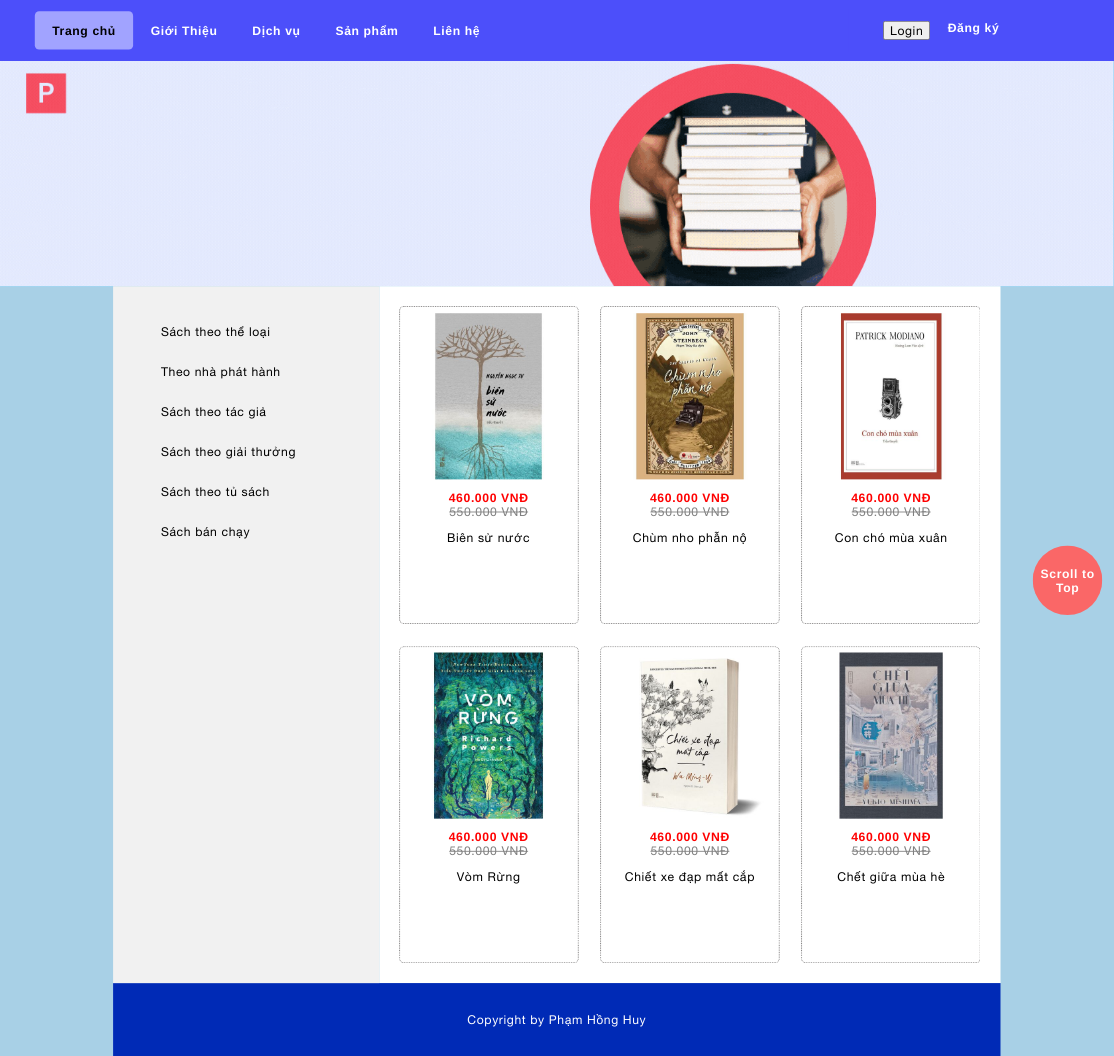
Repository: phamhonghuy/bookstore
Page: index.html
These files come from the project's save history. The page is drawn as it stood at one moment and after the next save; the edit follows.
The browser window is 1280 px wide. The pictures show the whole page, at 87% of full size.

Above is the page before, as saved 2021-10-15 21:42:51.

### index.html
<!DOCTYPE html>
<html lang="en">
<head>
    <meta charset="UTF-8">
    <title> Bookshop: Buy books online. Support local bookstores.</title>
    <link rel="stylesheet" href="css/style.css" type="text/css" />
    <link rel="shortcut icon" href="./image/Logo.png" />
    <script type="text/javascript" src="js/script.js"></script>
</head>


<div class="navbar">
  <ul>
    <li><a class="active" href="./index.html">Trang chủ</a></li>
    <li><a href="./about.html">Giới Thiệu</a>
          <ul >
            <li><a href="#">Chính sách</a></li>
            <li><a href="#">Mua hàng</a></li>
            <li><a href="#">Thanh toán</a>
            </li>
          </ul>
    </li>
    <li><a href="./services.html">Dịch vụ</a>
        <ul >
        <li><a href="#">Đọc Online</a></li>
        <li><a href="#">Tư liệu</a></li>
        </li>
        </ul>
    </li>
    <li><a href="./product.html">Sản phẩm</a>
        <ul >
        <li><a href="#">Sách trong nước</a></li>
        <li><a href="#">Sách nước ngoài</a></li>
        <li><a href="#">Sách số</a>
        </li>
        </ul>
    </li>
    <li><a href="./contact.html">Liên hệ</a></li>
  </ul>
  <div class ="login">
      <ul>
        <li><button onclick="document.getElementById('id01').style.display='block'">Login</button></li>
        <li><a href="./signup.html"> Đăng ký</a></li>
      </ul>
  </div>
</div>
  <div class="header">
    <h1></h1>

  </div>

  <div id="id01" class="modal">
    <span onclick="document.getElementById('id01').style.display='none'"
  class="close" title="Close Modal">&times;</span>

    <!-- Modal Content -->
    <form class="modal-content animate" action="/action_page.php">
      <div class="imgcontainer">
        <img src="img_avatar2.png" alt="Avatar" class="avatar">
      </div>

      <div class="container">
        <label for="uname"><b>Username</b></label>
        <input type="text" placeholder="Enter Username" name="uname" required>

        <label for="psw"><b>Password</b></label>
        <input type="password" placeholder="Enter Password" name="psw" required>

        <button type="submit">Login</button>
        <label>
          <input type="checkbox" checked="checked" name="remember"> Remember me
        </label>
      </div>

      <div class="container" style="background-color:#f1f1f1">
        <button type="button" onclick="document.getElementById('id01').style.display='none'" class="cancelbtn">Cancel</button>
        <span class="psw">Forgot <a href="#">password?</a></span>
      </div>
    </form>
  </div>
  <div class="row">

    <div class="side">
      <ul >
        <li><a href="#">Sách theo thể loại</a>
            <ul class="acer">
                <li><a href="#">Văn học</a></li>
                <li><a href="#">Kinh tế</a></li>
                <li><a href="#">Kỹ năng sống</a></li>
                </li>
            </ul>
        </li>
        <li><a href="#">Theo nhà phát hành</a>
            <ul class="dell">
                <li><a href="#">Phương Nam</a></li>
                <li><a href="#">NXB trẻ</a></li>
                <li><a href="#">Alpha Books</a></li>
            </ul>
        </li>
        <li><a href="#">Sách theo tác giả</a>
            <ul class="dell">
                <li><a href="#">Thích Nhất Hạnh</a></li>
                <li><a href="#">Phạm Công Luận</a></li>
                <li><a href="#">Tô Hoài</a></li>
            </ul>
        </li>
        <li><a href="#">Sách theo giải thưởng</a>
            <ul class="dell">
                <li><a href="#">Ưu thích</a></li>
                <li><a href="#">Nobel</a></li>
                <li><a href="#">Bầu chọn</a></li>
            </ul>
        </li>
        <li><a href="#">Sách theo tủ sách</a>
            <ul class="dell">
              <li><a href="#">Sách ưu đãi</a></li>
              <li><a href="#">Sống xanh</a></li>
              <li><a href="#">Top 100</a></li>
            </ul>
        </li>
        <li><a href="#">Sách bán chạy</a>
            <ul class="dell">
                <li><a href="#">Văn học</a></li>
                <li><a href="#">Thiếu nhi</a></li>
                <li><a href="#">Tuôi Teen</a></li>
            </ul>
        </li>
      </ul>
  </div>
  <div class="main">
    <div class="item">
     <a href="./item1.html"><img src="./image/book1.jpg" alt="item1"></a>
      <div class="block-gia">
        <div class="gia">
        <div class="gia-ban"><strong>460.000 VNĐ</strong></div>
        <div class="gia-cu"><del>550.000 VNĐ</del></div>

        </div>
      </div>
      <p>Biên sử nước</p>
      <form>
        <button name="buy_button" type="submit" onclick="alert('Đã thêm vào giỏ hàng.')" value="1">Mua Ngay</button>
      </form>
    </div>
    <div class="item">
     <a href="./item2.html"><img src="./image/book2.jpg" alt="item1"></a>
      <div class="block-gia">
        <div class="gia">
          <div class="gia-ban"><strong>460.000 VNĐ</strong></div>
          <div class="gia-cu"><del>550.000 VNĐ</del></div>
        </div>
      </div>
      <p>Chùm nho phẫn nộ</p>
      <form>
        <button name="buy_button" type="submit" onclick="alert('Đã thêm vào giỏ hàng.')" value="1">Mua Ngay</button>
      </form>
    </div>
    <div class="item">
     <a href="./item3.html"><img src="./image/book3.jpg" alt="item1"></a>
      <div class="block-gia">
        <div class="gia">
        <div class="gia-ban"><strong>460.000 VNĐ</strong></div>
        <div class="gia-cu"><del>550.000 VNĐ</del></div>

        </div>
      </div>
      <p>Con chó mùa xuân</p>
      <form>
        <button name="buy_button" type="submit" onclick="alert('Đã thêm vào giỏ hàng.')" value="1">Mua Ngay</button>
      </form>
    </div>
    <div class="item">
     <a href="./item4.html"><img src="./image/book4.jpg" alt="item1"></a>
      <div class="block-gia">
        <div class="gia">
        <div class="gia-ban"><strong>460.000 VNĐ</strong></div>
        <div class="gia-cu"><del>550.000 VNĐ</del></div>

        </div>
      </div>
      <p>Vòm Rừng</p>
      <form>
        <button name="buy_button" type="submit" onclick="alert('Đã thêm vào giỏ hàng.')" value="1">Mua Ngay</button>
      </form>
    </div>
    <div class="item">
     <a href="./item5.html"><img src="./image/book5.jpg" alt="item1"></a>
      <div class="block-gia">
        <div class="gia">
        <div class="gia-ban"><strong>460.000 VNĐ</strong></div>
        <div class="gia-cu"><del>550.000 VNĐ</del></div>

        </div>
      </div>
      <p>Chiết xe đạp mất cắp</p>
      <form>
        <button name="buy_button" type="submit" onclick="alert('Đã thêm vào giỏ hàng.')" value="1">Mua Ngay</button>
      </form>
    </div>
    <div class="item">
     <a href="./item6.html"> <img src="./image/book6.jpg" alt="item1"></a>
      <div class="block-gia">
        <div class="gia">
        <div class="gia-ban"><strong>460.000 VNĐ</strong></div>
        <div class="gia-cu"><del>550.000 VNĐ</del></div>

        </div>
      </div>
      <p>Chết giữa mùa hè</p>
      <form>
        <button name="buy_button" type="submit" onclick="alert('Đã thêm vào giỏ hàng.')" value="1">Mua Ngay</button>
      </form>
    </div>
    <button onclick='window.scrollTo({top: 0, behavior: "smooth"});' class="scrollTotop">Scroll to Top</button>

  </div>

  <div class="footer">
    <p>Copyright by Phạm Hồng Huy</p>
  </div>

</html>

### css/style.css
html {
  scroll-behavior: smooth;
}
* {
    box-sizing: border-box;
    font-family: Helvetica;
    letter-spacing: 0.7px;
    font-size: 14px;
  }
  @font-face {
    font-family:Helvetica;
    src: url(/font/helveticaneue.ttf);
}


body {
    font-family:inherit;
    margin: auto;
    font-size: 1em;
    min-width: 1200px;
    background-color: #A8D0E6;

  }

.header {
    text-align: center;
    height: 25vmax;
    background: #42c9ff;
    color: white;
    background-image: url(../image/Banner.gif);
    background-repeat: no-repeat;
    background-size:cover;
    min-width: 900px;
    width: 100%;
  }

.navbar {
    display: flex;
    background-color: rgb(76, 79, 250);
    position:fixed;
    top: 0;
    width: 100%;
    height: 70px;
    align-items: center;
    z-index: 5;
  }
.navbar .active {
    background-color: rgb(161, 163, 255);
    color:#000;
    border-radius: 5px;
  }
.navbar div.login {
    display: flex;
    background-color: rgb(76, 79, 250);
    position:fixed;
    width: 300px;
    align-items: center;
    float: right;
    right: 5px;
  }

.navbar ul li a {
    color: white;
    padding: 14px 20px;
    text-decoration: none;
    text-align: center;
    font-weight: bold

  }
.navbar ul li ul li a {
    color: white;
    text-decoration: none;
    text-align: center;

  }
.navbar ul {
  display: flex;
  list-style-type: none;
  }

.navbar ul li:hover> ul {
  display: flex;
  visibility: visible;
  position: absolute;
  z-index: 3;
  overflow: hidden;
  animation: menuNar_Hover 0.5s;
  }
  @keyframes menuNar_Hover {
    from {background-color: #cfdef6; opacity: 0%;height: 0px;}
    to {background-color: #8fa5ff; opacity: 100%; height:150px;}
  }
.navbar ul a:hover {
    background:#c0cdff;
    color: #000;
    border-radius: 5px;
    animation-name: Navbar_Hover;
    animation-duration: 1.5s;

  }

  @keyframes Navbar_Hover {
    from {background-color: rgb(76, 79, 250);}
    to {background-color: #c0cdff;}
  }
  .navbar ul a:active {
    background-color: #c0cdff;
    color: #000;
    border-radius: 5px;

  }


.navbar ul li ul {
  display: flex;
  visibility: hidden;
  position: absolute;
  background:#8fa5ff;
  color: white;
  display: flex;
  flex-direction: column;
  top:60px;
  border-radius: 5px;
  list-style-type: none;
  padding-inline-start: 0px;
  height: 150px;
  margin:-5px auto;
  }

.navbar ul li ul li{
  margin: 15px;
  border-radius: 5px;
  }


.row {
    display: flex;
    flex-wrap: wrap;
    /* width: 90vmax; */
    margin: 0 130px 0;
    min-width: 900px;
  }

.side {
    flex: 30%;
    background-color: #f1f1f1;
    padding: 20px 0;
    z-index: 2;

  }
.side ul {
  list-style-type:none;
  width: 253px;
  }
.side li {
  list-style-type:none;
  }
.side li:hover> ul {
  opacity: 1;
  visibility: visible;
  animation: menuSide_Hover 0.5s linear;
  width: 230px;

  }
.side li:hover {
  background-color: #8fa5ff;
  animation-name: Side_Hover;
  animation-duration: 1.5s;
}

@keyframes menuSide_Hover {
  from {background-color: #cfdef6; opacity: 0%;width: 150px; }
  50% {width: 200px !important;}
  to {background-color: #8fa5ff; opacity: 100%; width: 230px;}
}
@keyframes Side_Hover {
  from {background-color: #cfdef6; color:#000;}
  to {background-color: #8fa5ff; color: #fff;}
}


.side ul li {
    padding: 10px;
    border-radius: 5px;
  }

.side ul ul {
  list-style-type:none;
  opacity: 0;
  visibility: hidden;
  position: absolute;
  left: 378px;
  margin: -26px 0 0 5px;
  padding-inline-start: 0;
  border-radius: 5px;
  overflow: hidden;
  text-overflow: ellipsis;
  }
.side ul ul li {
  background-color: #8fa5ff;
  margin:0;
  overflow: hidden;
  text-overflow: ellipsis;
  border-radius: 0%;
  }
.side ul ul li a {
  color: rgb(255, 255, 255);
  margin: 0;
  overflow: hidden;
  text-overflow: ellipsis;
  }

.side a {
  color: black;
  padding: 5px;
  }
.side a:link {
  text-decoration: none;
  }

.side ul {
    padding: 10px auto;
  }
.side ul li {
    padding: 10px auto;
    margin: 10px auto;
  }

.main {
    flex: 70%;
    display: flex;
    flex-direction: row;
    background-color: white;
    padding: 10px;
    flex-wrap: wrap;
  }
div.main-services {
    width: 100%;
    display: flex;
    flex-direction: column;
    background-color: white;
    padding: 10px;
    flex-wrap:nowrap;
  }
div.main-product-container {
    width: 100%;
    display: flex;
    flex-direction: column;
    background-color: white;
    padding: 10px;
    flex-wrap:nowrap;
  }
div.main-product-container hr{
  border: 1px dotted rgb(0, 0, 0);
  width: 90%;
  }
div.product-container {
    width: 100%;
    display: flex;
    flex-direction: row;
    background-color: white;
    padding: 10px;
    flex-wrap:nowrap;
  }
div.main-product-container div.product-item {
  width: 100%;
  display: flex;
  flex-direction: row;
  background-color: white;
  padding: 0 50px;
  flex-wrap:nowrap;

  }
  div.main-product-container div.product-title {
    width: 35%;
    border-radius: 5px;
    margin-top: auto;
    margin-bottom: auto;
    margin-left: 30px;
    background-image: linear-gradient(to right, aqua,white);
  }
  div.main-product-container div.product-title p {
    font-size: 18px;
    padding-left: 20PX;
  }
div.main-services div.ebook {
    width: 100%;
    display: flex;
    flex-direction: row;
    background-color: white;
    padding: 0 100px;
    flex-wrap:nowrap;
  }
div.main-services div.ebook-title {
    width: 90%;
    display: flex;
    flex-direction: row;
    background-color: rgb(21, 76, 255);
    margin-left: auto;
    margin-right: auto;
    border-radius: 5px;
  }
div.main-services div.ebook-title p.ebook-title-text{
  color: white;
  margin: 14px;
  font-size: 18px;
  font-weight: bold;
  }
div.main-services div.literary-material-item {
    width: 100%;
    display: flex;
    flex-direction: row;
    background-color: white;
    padding: 0 100px;
    flex-wrap:nowrap;
  }
div.main-services div.literary-material-title {
  width: 90%;
  display: flex;
  flex-direction: row;
  background-color: rgb(21, 76, 255);
  margin-left: auto;
  margin-right: auto;
  border-radius: 5px;
  }
div.main-services div.literary-material-title p {
  color: white;
  margin: 14px;
  font-size: 18px;
  font-weight: bold;
  }
div.main-services div.literary-material img {
  width:70%;
  }
div.main-about {
    display: flex;
    flex-direction: row;
    background-color: white;
    padding: 30px;
    flex-wrap: wrap;

  }
div.main-about div.about span {
  margin-left:30px;
  text-align: justify;
  }
div.main-about div.about div.img-about {
  text-align: center;
  }
div.main-about div.about div.img-about img.img-about {
  width:80%;
  margin-left:40px;
  margin-right:40px;
  }
div.item {
    flex: 25%;
    border: 1px dotted rgb(93, 91, 91);
    border-radius: 5px;
    margin: 1vmax;
    padding:0.5vmax;
    text-align: center;
    font-size: 1em;
    display: block;
    position: relative;
  }
div.item-details {
    flex: 25%;
    /* border: 1px dotted rgb(93, 91, 91); */
    border-radius: 5px;
    margin: 1vmax;
    padding:0.5vmax;
    text-align: center;
    font-size: 1em;
    display: block;
    position: relative;
  }
div.item:hover {
  animation: Box-item-transform 0.5s;
  box-shadow: 5px 5px #808080;
  }
div.item-details:hover {
  animation: Box-item-details-transform 0.5s;
  }
  @keyframes Box-item-transform{
    from {  transform:scale(1);}
    50% {transform:scale(1.05);}
    to {  transform:scale(1);
      box-shadow: 5px 5px #808080 ; }

  }
  @keyframes Box-item-details-transform{
    from {  transform:scale(1);}
    50% {transform:scale(1.05);}
    to {  transform:scale(1);; }

  }
div.item:hover > form button {
  animation: Item_Hover 0.5s;
  visibility:visible;
  }
div.item-details:hover > form button {
  animation: Item_Hover 0.5s;
  visibility:visible;
  }
  @keyframes Item_Hover {
    from { color:#000; height: 0; transform: translateY(100%)}
    to { height: 70px;transform: translateY(0)}
  }

div.item form button  {
  height: 70px;
  width: 99%;
  background-color: rgb(245, 232, 190);
  visibility: hidden;
  color:#f00;
  font-size: large;
  font-weight: bold;
  border:none ;
  }
div.item-details form button  {
  height: 70px;
  width: 99%;
  background-color: rgb(245, 232, 190);
  visibility: hidden;
  color:#f00;
  font-size: large;
  font-weight: bold;
  border:none ;
  }

div.item img {
    width: 100%;
  }
div.item-details img {
    width: 100%;
  }
.block-gia {
  margin: 10px auto;
}
.gia-ban {
    color: #ff0000;
}
.gia-cu {
  font-size: 13px;
  color: #808080;
}


button.scrollTotop{
  position: fixed;
  right: 1vmax;
  bottom: 1vmax;
  height: 80px;
  width: 80px;
  border-radius: 50%;
  border:none;
  background-color: rgb(250, 103, 103);
  color:white;
  font-weight: bold;

}

div.details {
  width: 50%;
}
div.details p.book-name {
  text-align: center;
  font-size: large;
  font-weight: bold;
}
div.details p.book-author {
  text-align: center;
}
div.details div.book-description {
  height: 600px;
}
div.details p.book-description {
  text-indent: 30px;
  text-align: justify;
  margin-right: 20px;
}

div.star {
width: 100%;
height: 15px;
display: flex;
justify-content: center;

}

.ratingStar {
  width: 15px;
  height: 15px;
  float: left;
  background-repeat: no-repeat;
  background-image: url(../image/star.png);
  font-size: 0;
  background-size: 15px;
}
.more-item {
  flex: 70%;
  display: flex;
  flex-direction: row;
  background-color: white;
  padding: 10px;
  flex-wrap: wrap;
}
#more-item {
  width:100% ;
  font-weight: bold;
}
div.main button.scrollTotop:hover {
animation:scrolltotop 1s ;
transition: width 0.5ss;
animation-direction: reverse;
}
@-webkit-keyframes scrolltotop {
  from{ background :rgb(250, 103, 103); }
  to  {background :rgb(95, 175, 250);  box-shadow: 5px 5px #808080;}
}
.footer {
  color: white;
    padding: 20px;
    text-align: center;
    background: rgb(0, 42, 182);
    width: 100%;
}

  @media screen and (max-width: 700px) {
    .row, .navbar {
      flex-direction: column;
    }
  }
  .modal {
    display: none; /* Hidden by default */
    position: fixed; /* Stay in place */
    z-index: 1; /* Sit on top */
    left: 0;
    top: 0;
    width: 100%; /* Full width */
    height: 100%; /* Full height */
    overflow: auto; /* Enable scroll if needed */
    background-color: rgb(0,0,0); /* Fallback color */
    background-color: rgba(0,0,0,0.4); /* Black w/ opacity */
    padding-top: 60px;
  }

  /* Modal Content/Box */
  .modal-content {
    background-color: #fefefe;
    margin: 5px auto; /* 15% from the top and centered */
    border: 1px solid #888;
    width: 80%; /* Could be more or less, depending on screen size */
  }

  /* The Close Button */
  .close {
    /* Position it in the top right corner outside of the modal */
    position: absolute;
    right: 25px;
    top: 0;
    color: #000;
    font-size: 35px;
    font-weight: bold;
  }

  /* Close button on hover */
  .close:hover,
  .close:focus {
    color: red;
    cursor: pointer;
  }

  /* Add Zoom Animation */
  .animate {
    -webkit-animation: animatezoom 0.6s;
    animation: animatezoom 0.6s
  }

  @-webkit-keyframes animatezoom {
    from {-webkit-transform: scale(0)}
    to {-webkit-transform: scale(1)}
  }

  @keyframes animatezoom {
    from {transform: scale(0)}
    to {transform: scale(1)}
  }

### JS/script.js

// Get the modal
var modal = document.getElementById('id01');

// When the user clicks anywhere outside of the modal, close it
window.onclick = function(event) {
  if (event.target == modal) {
    modal.style.display = "none";
  }
}

After the next save:
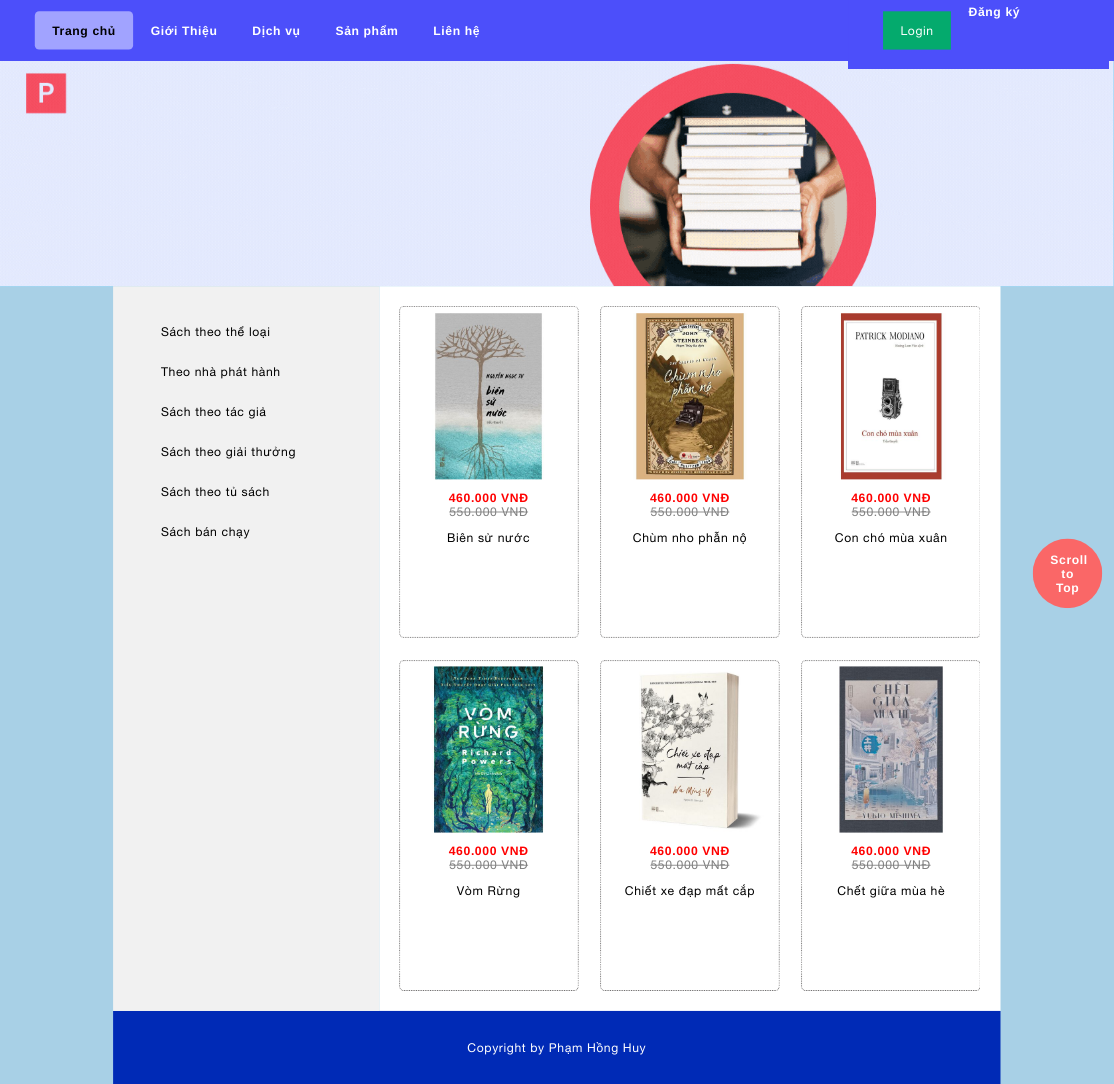
Saved 29 min 5 s later.
--- a/css/style.css
+++ b/css/style.css
@@ -531,6 +531,59 @@ animation-direction: reverse;
       flex-direction: column;
     }
   }
+  /* Full-width input fields */
+input[type=text], input[type=password] {
+  width: 100%;
+  padding: 12px 20px;
+  margin: 8px 0;
+  display: inline-block;
+  border: 1px solid #ccc;
+  box-sizing: border-box;
+}
+
+/* Set a style for all buttons */
+button {
+  background-color: #04AA6D;
+  color: white;
+  padding: 14px 20px;
+  margin: 8px 0;
+  border: none;
+  cursor: pointer;
+  width: 100%;
+}
+
+button:hover {
+  opacity: 0.8;
+}
+
+/* Extra styles for the cancel button */
+.cancelbtn {
+  width: auto;
+  padding: 10px 18px;
+  background-color: #f44336;
+}
+
+/* Center the image and position the close button */
+.imgcontainer {
+  text-align: center;
+  margin: 24px 0 12px 0;
+  position: relative;
+}
+
+img.avatar {
+  width: 40%;
+  border-radius: 50%;
+}
+
+.container {
+  padding: 16px;
+}
+
+span.psw {
+  float: right;
+  padding-top: 16px;
+}
+
   .modal {
     display: none; /* Hidden by default */
     position: fixed; /* Stay in place */
